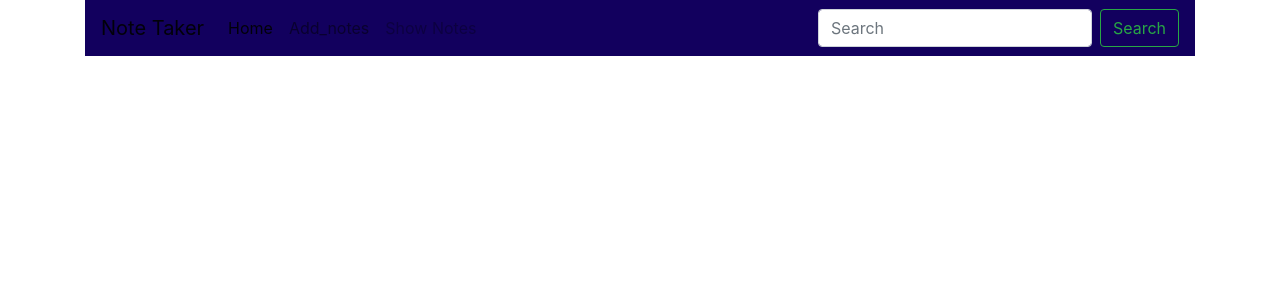
Repository: PratibhaMastud/index.jsp
Page: http://localhost/JavaWebApp/
The author's editor kept a copy of each file at every save. The page is drawn from the files as they stood at one save, then again after the next save.
The browser window is 1280 px wide. The pictures show the whole page.
Some web libraries are served in a nearby version. The page is served by Tomcat 9. Other server files are loaded and not shown.

Above is the page before, as saved 2020-06-29 06:25:50.

### JavaWebApp/src/main/webapp/index.jsp
<!doctype html>
<html lang="en">
  <head>
    <!-- Required meta tags -->
    <meta charset="utf-8">
    <meta name="viewport" content="width=device-width, initial-scale=1, shrink-to-fit=no">

    <!-- Bootstrap CSS -->
    <link rel="stylesheet" href="https://maxcdn.bootstrapcdn.com/bootstrap/4.0.0/css/bootstrap.min.css" integrity="sha384-Gn5384xqQ1aoWXA+058RXPxPg6fy4IWvTNh0E263XmFcJlSAwiGgFAW/dAiS6JXm" crossorigin="anonymous">
	<link href="css/style.css" rel="stylesheet" />
    <title>Hello, world!</title>
  </head>
  <body>
<div class="container">
	<%@include file="navbar.jsp" %>

</div>



    <!-- Optional JavaScript -->
    <!-- jQuery first, then Popper.js, then Bootstrap JS -->
    <script src="https://code.jquery.com/jquery-3.2.1.slim.min.js" integrity="sha384-KJ3o2DKtIkvYIK3UENzmM7KCkRr/rE9/Qpg6aAZGJwFDMVNA/GpGFF93hXpG5KkN" crossorigin="anonymous"></script>
    <script src="https://cdnjs.cloudflare.com/ajax/libs/popper.js/1.12.9/umd/popper.min.js" integrity="sha384-ApNbgh9B+Y1QKtv3Rn7W3mgPxhU9K/ScQsAP7hUibX39j7fakFPskvXusvfa0b4Q" crossorigin="anonymous"></script>
    <script src="https://maxcdn.bootstrapcdn.com/bootstrap/4.0.0/js/bootstrap.min.js" integrity="sha384-JZR6Spejh4U02d8jOt6vLEHfe/JQGiRRSQQxSfFWpi1MquVdAyjUar5+76PVCmYl" crossorigin="anonymous"></script>
  </body>
</html>

### JavaWebApp/src/main/webapp/navbar.jsp
<nav class="navbar navbar-expand-lg navbar-light purple">
  <a class="navbar-brand" href="index.jsp">Note Taker</a>
  <button class="navbar-toggler" type="button" data-toggle="collapse" data-target="#navbarSupportedContent" aria-controls="navbarSupportedContent" aria-expanded="false" aria-label="Toggle navigation">
    <span class="navbar-toggler-icon"></span>
  </button>

  <div class="collapse navbar-collapse" id="navbarSupportedContent">
    <ul class="navbar-nav mr-auto">
      <li class="nav-item active">
        <a class="nav-link" href="index.jsp">Home <span class="sr-only">(current)</span></a>
      </li>
      <li class="nav-item">
        <a class="nav-link" href="add_notes.jsp">Add_notes</a>
      </li>

      <li class="nav-item">
        <a class="nav-link disabled" href="all_notes.jsp">Show Notes</a>
      </li>
    </ul>
    <form class="form-inline my-2 my-lg-0">
      <input class="form-control mr-sm-2" type="search" placeholder="Search" aria-label="Search">
      <button class="btn btn-outline-success my-2 my-sm-0" type="submit">Search</button>
    </form>
  </div>
</nav>

### JavaWebApp/src/main/webapp/css/style.css
.purple{
	background:#12005e;

}

After the next save:
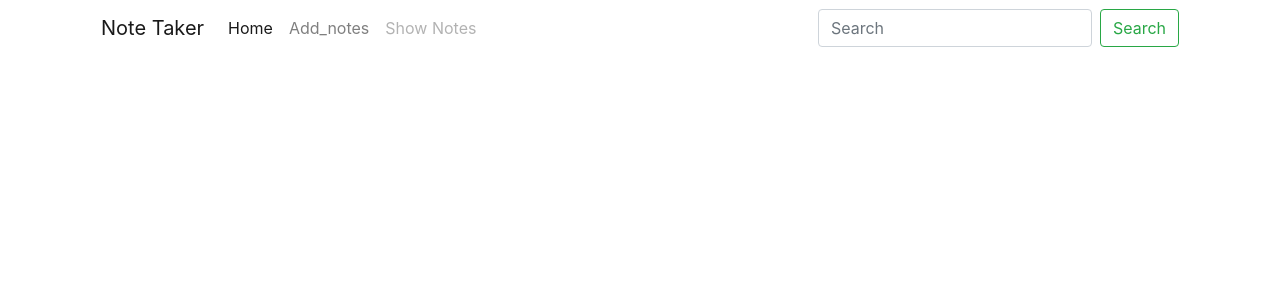
Saved 14 s later.
--- a/JavaWebApp/src/main/webapp/index.jsp
+++ b/JavaWebApp/src/main/webapp/index.jsp
@@ -7,7 +7,7 @@
 
     <!-- Bootstrap CSS -->
     <link rel="stylesheet" href="https://maxcdn.bootstrapcdn.com/bootstrap/4.0.0/css/bootstrap.min.css" integrity="sha384-Gn5384xqQ1aoWXA+058RXPxPg6fy4IWvTNh0E263XmFcJlSAwiGgFAW/dAiS6JXm" crossorigin="anonymous">
-	<link href="css/style.css" rel="stylesheet" />
+	<link href="css/style.css" />
     <title>Hello, world!</title>
   </head>
   <body>
